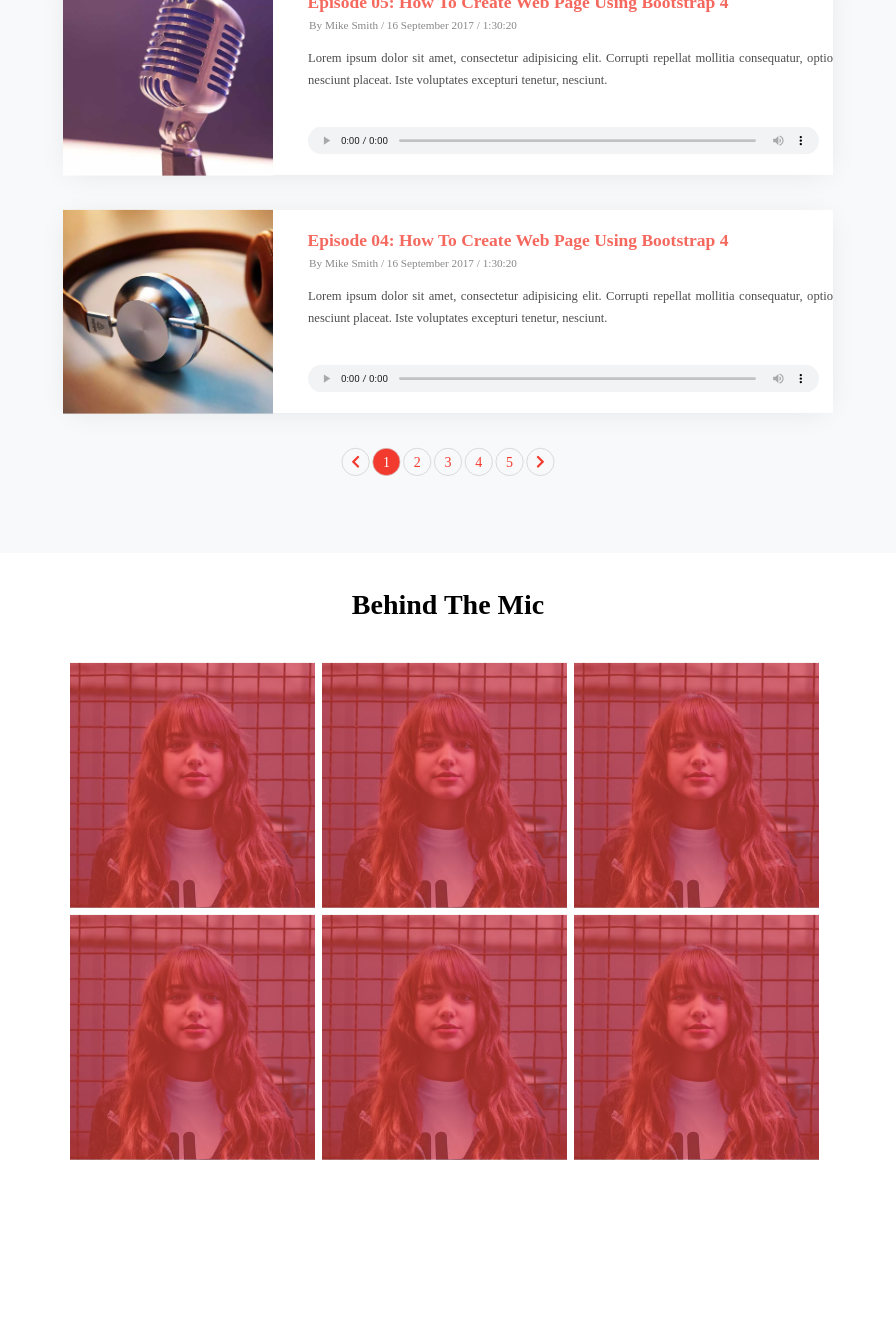
Repository: nhutduy0803/template2
Page: index.html
These files come from the project's save history. The page is drawn as it stood at one moment and after the next save; the edit follows.
The browser window is 1280 px wide. The pictures show the part of the page from y = 2077 to 3997 px (the page is 3997 px tall), at 70% of full size.

Above is the page before, as saved 2021-12-09 14:37:22.

### index.html
<!DOCTYPE html>
<html lang="en">
  <head>
    <meta charset="UTF-8" />
    <meta http-equiv="X-UA-Compatible" content="IE=edge" />
    <meta name="viewport" content="width=device-width, initial-scale=1.0" />
    <link rel="stylesheet" href="./assets/css/style.css" />
    <link
      rel="stylesheet"
      href="./assets/css/font/fontawesome-free-5.15.4-web/css/all.min.css"
    />
    <title>Document</title>
  </head>
  <body>
    <script src="./main.js"></script>
    <div class="slider">
      <h2>Podca</h2>
      <img
        src="./assets/css/img/xhero_bg_1.jpg.pagespeed.ic.EJCcE-mhd6.webp"
        alt=""
      />
      <h3>Episode 09: How To Create Web Page Using Bootstrap 4</h3>
      <span>By Mike Smith | 16 September 2017 | 1:30:20</span>
      <div class="subslider">READ THE TRANSCRIPT</div>
      <div class="menu" onclick="openmenu()">
        <i class="fas fa-bars"></i>
      </div>
      <div class="sub-menu">
        <i class="fas fa-times" onclick="closemenu()"></i>
        <div class="home-menu">
          <p>Home</p>
          <i onclick="subhome()" class="fas fa-caret-down"></i>

          <div class="sub-home">
            <li>Menu One</li>
            <li>Menu Two</li>
            <li>Menu Three</li>
            <li>Sub Menu</li>
          </div>
          <div class="drop-down">
            <p>DropDown</p>
            <i onclick="subdropdown() " class="fas fa-caret-down"></i>
            <div class="sub-dropdown">
              <li>Menu One</li>
              <li>Menu two</li>
              <li>Menu three</li>
            </div>
          </div>

          <p>About</p>
          <p>Contact</p>
        </div>
      </div>
    </div>
    <div class="audio">
      <audio class="audio-one" controls>
        <source src="" type="audio/ogg" />
        <source src="" type="audio/mpeg" />
      </audio>
    </div>
    <div class="RecentPodcasts">
      <h2>Recent Podcasts</h2>
      <div class="container">
        <div class="img-pod">
          <img src="./assets/css/img/pod1.webp" alt="" />
        </div>
        <div class="content-pod">
          <h3>Episode 08: How To Create Web Page Using Bootstrap 4</h3>
          <span>By Mike Smith / 16 September 2017 / 1:30:20</span>
          <p>
            Lorem ipsum dolor sit amet, consectetur adipisicing elit. Corrupti
            repellat mollitia consequatur, optio nesciunt placeat. Iste
            voluptates excepturi tenetur, nesciunt.
          </p>
          <audio class="audiopod" controls>
            <source src="" type="audio/mpeg" />
          </audio>
        </div>
      </div>
      <div class="container">
        <div class="img-pod">
          <img src="./assets/css/img/pod2.webp" alt="" />
        </div>
        <div class="content-pod">
          <h3>Episode 07: How To Create Web Page Using Bootstrap 4</h3>
          <span>By Mike Smith / 16 September 2017 / 1:30:20</span>
          <p>
            Lorem ipsum dolor sit amet, consectetur adipisicing elit. Corrupti
            repellat mollitia consequatur, optio nesciunt placeat. Iste
            voluptates excepturi tenetur, nesciunt.
          </p>
          <audio class="audiopod" controls>
            <source src="" type="audio/mpeg" />
          </audio>
        </div>
      </div>
      <div class="container">
        <div class="img-pod">
          <img src="./assets/css/img/pod3.webp" alt="" />
        </div>
        <div class="content-pod">
          <h3>Episode 06: How To Create Web Page Using Bootstrap 4</h3>
          <span>By Mike Smith / 16 September 2017 / 1:30:20</span>
          <p>
            Lorem ipsum dolor sit amet, consectetur adipisicing elit. Corrupti
            repellat mollitia consequatur, optio nesciunt placeat. Iste
            voluptates excepturi tenetur, nesciunt.
          </p>
          <audio class="audiopod" controls>
            <source src="" type="audio/mpeg" />
          </audio>
        </div>
      </div>
      <div class="container">
        <div class="img-pod">
          <img src="./assets/css/img/pod4.webp" alt="" />
        </div>
        <div class="content-pod">
          <h3>Episode 05: How To Create Web Page Using Bootstrap 4</h3>
          <span>By Mike Smith / 16 September 2017 / 1:30:20</span>
          <p>
            Lorem ipsum dolor sit amet, consectetur adipisicing elit. Corrupti
            repellat mollitia consequatur, optio nesciunt placeat. Iste
            voluptates excepturi tenetur, nesciunt.
          </p>
          <audio class="audiopod" controls>
            <source src="" type="audio/mpeg" />
          </audio>
        </div>
      </div>
      <div class="container">
        <div class="img-pod">
          <img src="./assets/css/img/pod5.webp" alt="" />
        </div>
        <div class="content-pod">
          <h3>Episode 04: How To Create Web Page Using Bootstrap 4</h3>
          <span>By Mike Smith / 16 September 2017 / 1:30:20</span>
          <p>
            Lorem ipsum dolor sit amet, consectetur adipisicing elit. Corrupti
            repellat mollitia consequatur, optio nesciunt placeat. Iste
            voluptates excepturi tenetur, nesciunt.
          </p>
          <audio class="audiopod" controls>
            <source src="" type="audio/mpeg" />
          </audio>
        </div>
      </div>
    </div>
    <div class="list-pod">
      <li><i class="fas fa-chevron-left"></i></li>
      <li>1</li>
      <li>2</li>
      <li>3</li>
      <li>4</li>
      <li>5</li>
      <li><i class="fas fa-chevron-right"></i></li>
    </div>
    <div class="BehindTheMic">
      <h2>Behind The Mic</h2>
      <div class="container-behind">
        <div class="picture-behind">
          <img src="./assets/css/img/behind1.webp" alt="" />
        </div>

        <div class="picture-behind">
          <img src="./assets/css/img/behind1.webp" alt="" />
        </div>
        <div class="picture-behind">
          <img src="./assets/css/img/behind1.webp" alt="" />
        </div>
        <div class="picture-behind">
          <img src="./assets/css/img/behind1.webp" alt="" />
        </div>
        <div class="picture-behind">
          <img src="./assets/css/img/behind1.webp" alt="" />
        </div>
        <div class="picture-behind">
          <img src="./assets/css/img/behind1.webp" alt="" />
        </div>
      </div>
      <!-- <div class="container-behind">
        <div class="picture-behind">
          <img src="./assets/css/img/behind1.webp" alt="" />
        </div>
      </div>
      <div class="container-behind">
        <div class="picture-behind">
          <img src="./assets/css/img/behind1.webp" alt="" />
        </div>
      </div>
      <div class="container-behind">
        <div class="picture-behind">
          <img src="./assets/css/img/behind1.webp" alt="" />
        </div>
      </div>
      <div class="container-behind">
        <div class="picture-behind">
          <img src="./assets/css/img/behind1.webp" alt="" />
        </div>
      </div>
      <div class="container-behind">
        <div class="picture-behind">
          <img src="./assets/css/img/behind1.webp" alt="" />
        </div>
      </div> -->
    </div>
  </body>
</html>

### assets/css/style.css
* {
  margin: 0;
  padding: 0;
  box-sizing: border-box;
}

.slider {
  width: 100%;
  height: 100vh;
  position: relative;
}

.slider::before {
  content: " ";
  position: absolute;
  top: 0;
  left: 0;
  right: 0;
  bottom: 0;
  background-color: rgba(0, 0, 0, 0.4);
}

.slider img {
  width: 100%;
  height: 100%;
}

.slider h2 {
  position: absolute;
  top: 50px;
  left: 50px;
  color: #fff;
  font-size: 40px;
}
.menu {
  position: absolute;
  right: 50px;
  top: 50px;
  font-size: 30px;
  color: #fff;
}

.slider h3 {
  text-align: center;
  position: absolute;
  transform: translate(-50%);
  top: 30%;
  left: 50%;
  color: #fff;
  font-size: 40px;
  line-height: 1.6;
  font-size: 50px;
}

.slider span {
  position: absolute;
  top: 58%;
  left: 50%;
  transform: translate(-50%);
  color: #ffffff80;
}

.subslider {
  width: 250px;
  background-color: #f23a2e;
  display: flex;
  justify-content: center;
  align-items: center;
  color: #fff;
  font-size: 15px;
  letter-spacing: 2px;
  height: 60px;
  position: absolute;
  top: 65%;
  left: 50%;
  transform: translate(-50%);
  transition: 0.3s;
  border-radius: 5px;
}

.subslider:hover {
  position: absolute;
  top: 64%;
  box-shadow: 0 5px 20px -7px rgba(0, 0, 0, 0.9);
  transition: 0.3s;
}

.sub-menu {
  width: 300px;
  background-color: #fff;
  position: absolute;
  right: -300px;
  top: 0;
  height: 100vh;
  position: fixed;
  transition: 0.3s;
  box-shadow: 0 0 10px rgba(0, 0, 0, 0.4);
}

.sub-menu.openmenu {
  transition: 0.3s;
  right: 0;
}

.sub-menu .fas {
  position: absolute;
  font-size: 25px;
  right: 15px;
  top: 15px;
  transition: 0.2s;
}

.sub-menu .fas:hover {
  transition: 0.2s;
  color: rgb(104, 103, 103);
}

.home-menu {
  margin-top: 100px;
  font-size: 20px;
  margin-left: 15%;
}

.home-menu p {
  margin-bottom: 30px;
  color: #212529;
  transition: 0.3s;
}

.home-menu p:nth-child(2) {
  width: 100%;
  background-color: #fff;
  height: 200px;
}

.home-menu p:hover {
  transition: 0.3s;
  color: #f00;
}

.fa-caret-down {
  margin-top: 85px;
  margin-right: 20px;
}

.drop-down {
  position: relative;
}

.drop-down .fa-caret-down {
  position: absolute;
  top: -85px;
}
.sub-home {
  margin-top: -20px;
  width: 200px;
  height: 0px;
  background-color: #fff;
  visibility: hidden;
  transition: 0.5s;
  opacity: 0;
  margin-bottom: 20px;
}

.sub-home.opensubhome {
  height: 170px;
  visibility: inherit;
  transition: 0.5s;
  opacity: 1;
}

.sub-home li {
  padding: 10px 0px;
  font-weight: 300;
  margin-left: 30px;
  font-size: 17px;
  list-style-type: none;
  /* transition: 0.3s; */
}

.sub-home li:hover {
  transition: 0.3s;
  color: #f00;
}

.sub-dropdown {
  margin-top: -20px;
  background-color: #fff;
  height: 0px;
  width: 200px;
  visibility: hidden;
  transition: 0.3s;
  opacity: 0;
  margin-bottom: 20px;
}

.sub-dropdown li {
  padding-top: 22.5px;
  margin-left: 30px;
  font-weight: 300;
  font-size: 17px;
  list-style-type: none;
  transition: 0.3s;
}

.sub-dropdown li:hover {
  transition: 0.3s;
  color: #f00;
}

.sub-dropdown.opensubdropdown {
  opacity: 1;
  visibility: inherit;
  transition: 0.3s;
  height: 150px;
}

.audio {
  display: flex;
  justify-content: center;
  align-items: center;
  width: 100%;
  background-color: #f8f9fa;
  height: 200px;
}

.audio-one {
  width: 750px;
  height: 40px;
}

.RecentPodcasts {
  background: #f8f9fa;
  height: auto;
  width: 100%;
  text-align: center;
}

.RecentPodcasts h2 {
  font-size: 40px;
  margin-bottom: 50px;
}

.container {
  width: 1100px;
  height: 290px;
  position: relative;
  margin: auto;
  box-shadow: 0 5px 40px -10px rgb(0 0 0 / 10%);
  margin-top: 50px;
}

.img-pod {
  position: absolute;
  top: 0;
  left: 0;
  height: 290px;
  width: 300px;
}

.img-pod img {
  width: 100%;
  height: 100%j;
}

.content-pod {
  padding-top: 30px;
  background: #fff;
  height: 100%;
}

.content-pod h3 {
  font-size: 25px;
  margin-left: 200px;
  color: #f23b2ec4;
  margin-bottom: 10px;
}

.content-pod span {
  margin-left: -100px;
  color: #888;
}

.content-pod p {
  line-height: 1.8;
  margin-top: 20px;
  text-align: justify;
  margin-left: 350px;
  font-size: 18px;
  color: #4d4d4d;
  font-weight: 300;
}

.audiopod {
  margin-top: 50px;
  width: 730px;
  height: 40px;
  margin-left: 330px;
}

.list-pod {
  background: #f8f9fa;
  height: 200px;
  width: 100%;
  text-align: center;
}

.list-pod li {
  padding-top: 7.5px;
  margin-top: 50px;
  list-style-type: none;
  border-radius: 50%;
  height: 40px;
  width: 40px;
  border: 1px solid #ccc;
  display: inline-block;
  color: #f23a2e;
  font-size: 20px;
}

.list-pod li:nth-child(2) {
  font-size: 20px;
  color: #fff;
  background: #f23a2e;
}

.BehindTheMic {
  width: 100%;
  height: 150vh;
  background: #fff;
  text-align: center;
}

.BehindTheMic h2 {
  margin-top: 50px;
  font-size: 40px;
  margin-bottom: 50px;
}

.container-behind {
  margin: auto;
  width: 1100px;
}

.picture-behind {
  margin-left: 10px;
  float: left;
  width: 350px;
  height: 350px;
  overflow: hidden;
  margin-top: 10px;
  position: relative;
}

.picture-behind img {
  width: 100%;
  height: 100%;
  transition: 0.3s;
  position: relative;
  z-index: 0;
}

.picture-behind::before {
  position: absolute;
  z-index: 2;
  opacity: 0.6;
  content: " ";
  background-color: #f23a2e;
  height: 350px;
  width: 350px;
}

.picture-behind h2 {
  z-index: 3;
  color: #ccc;
}

### main.js
function openmenu() {
  var openmenu = document.querySelector(".sub-menu");
  openmenu.classList.add("openmenu");
}

function closemenu() {
  var openmenu = document.querySelector(".sub-menu");
  openmenu.classList.remove("openmenu");
}

function subhome() {
  var opensubhome = document.querySelector(".sub-home");
  opensubhome.classList.toggle("opensubhome");
}

function subdropdown() {
  var subdropdown = document.querySelector(".sub-dropdown");
  subdropdown.classList.toggle("opensubdropdown");
}

Loaded but not shown: assets/css/font/fontawesome-free-5.15.4-web/css/all.min.css (library)

After the next save:
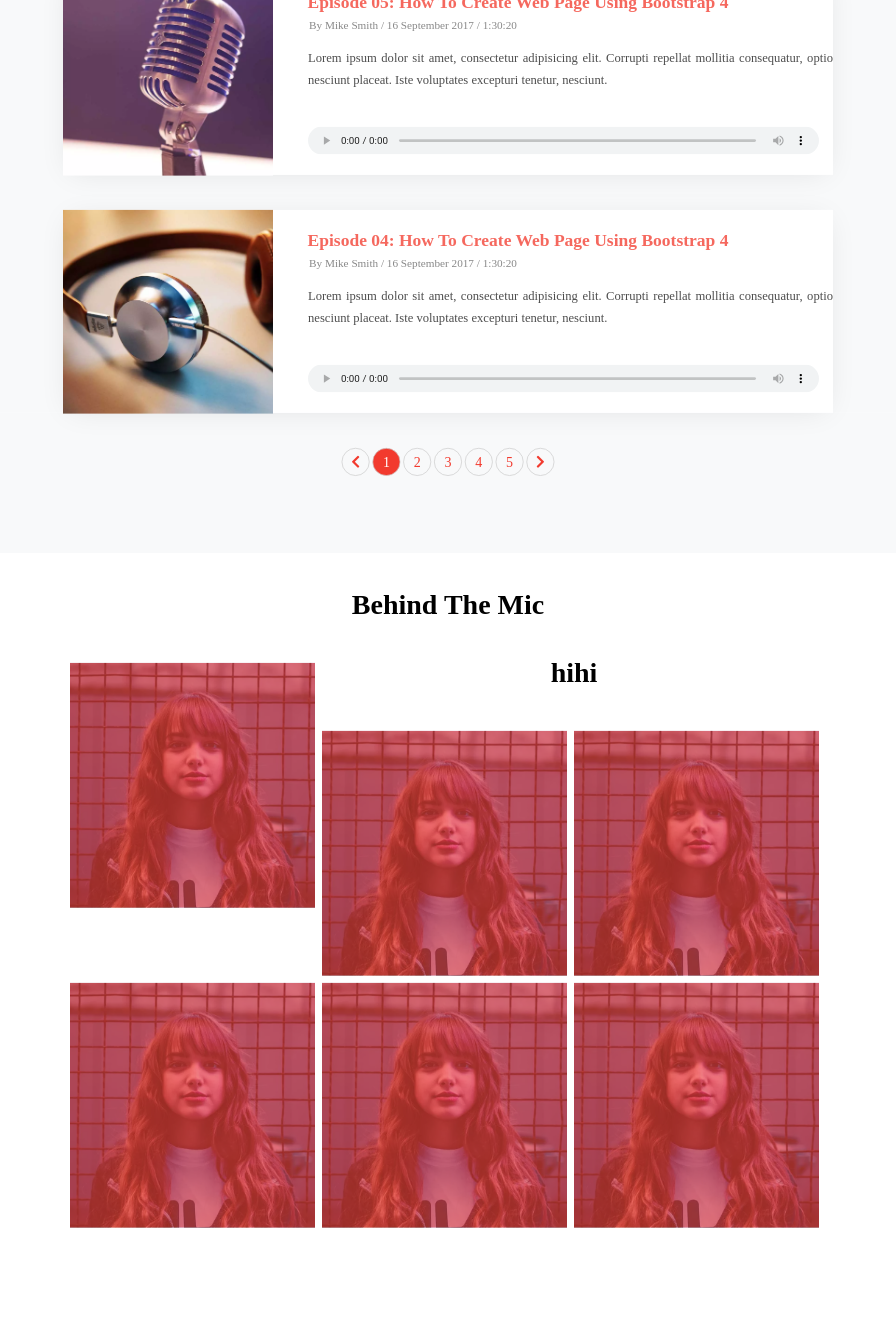
Saved 12 s later.
--- a/index.html
+++ b/index.html
@@ -161,6 +161,9 @@
         <div class="picture-behind">
           <img src="./assets/css/img/behind1.webp" alt="" />
         </div>
+        <div class="content-behind">
+          <h2>hihi</h2>
+        </div>
 
         <div class="picture-behind">
           <img src="./assets/css/img/behind1.webp" alt="" />

After the save that followed:
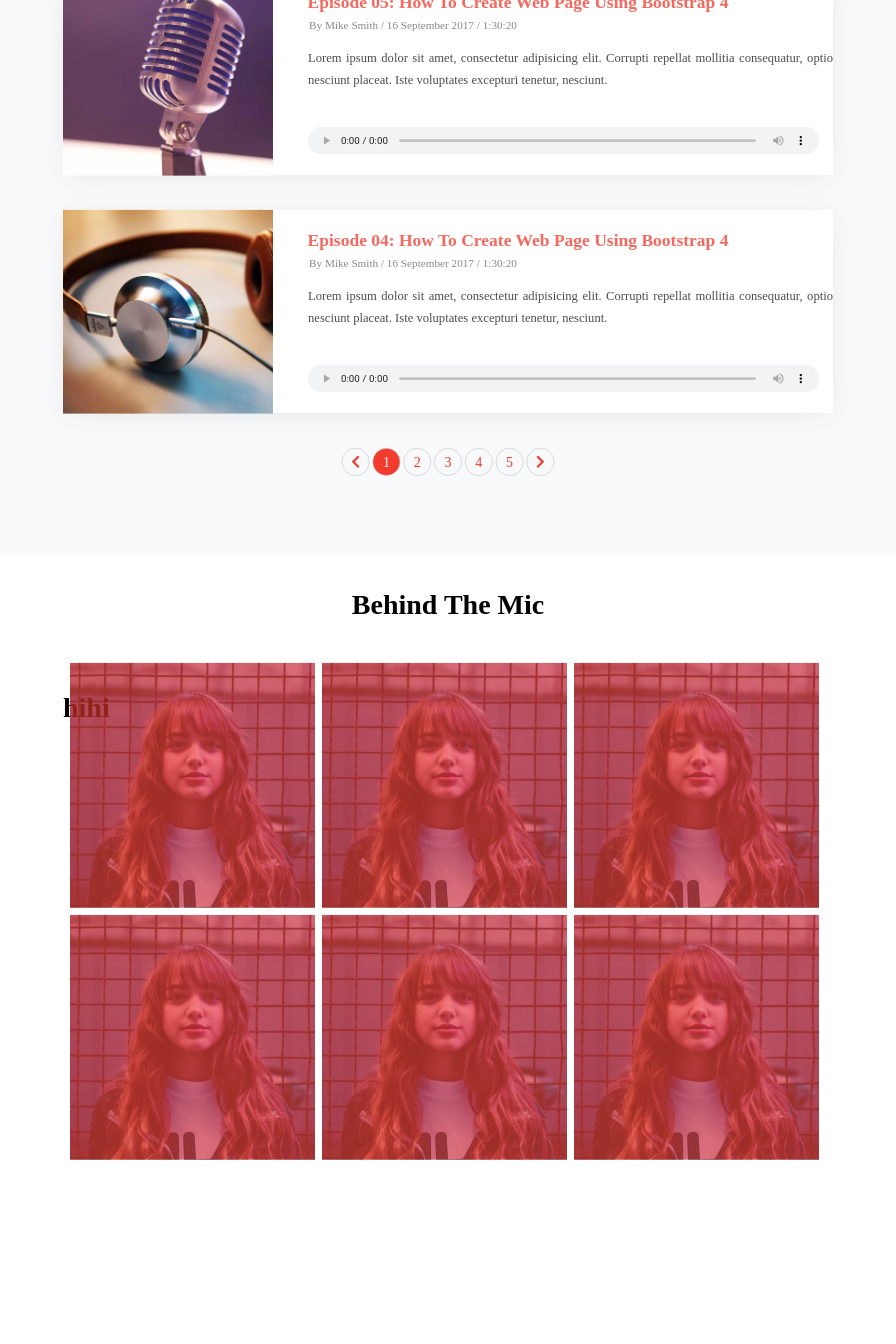
Saved 11 s later.
--- a/assets/css/style.css
+++ b/assets/css/style.css
@@ -374,3 +374,7 @@
   z-index: 3;
   color: #ccc;
 }
+
+.content-behind {
+  position: absolute;
+}
